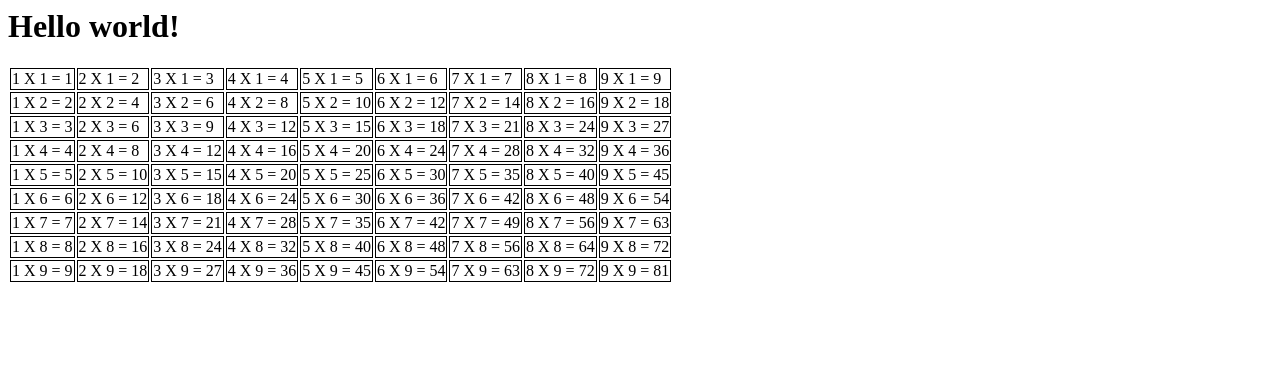
Repository: dhwngjs01/3-1_Spring_Server_Programming
Page: http://localhost/20230314_1to10/gugudan
These files come from the project's save history. The page is drawn as it stood at one moment and after the next save; the edit follows.
The browser window is 1280 px wide. The pictures show the whole page.
The page is served by Tomcat 9. Other server files are loaded and not shown.

Above is the page before, as saved 2023-03-14 05:44:01.

### 20230314_1to10/src/main/webapp/WEB-INF/views/gugudan.jsp
<%@ taglib uri="http://java.sun.com/jsp/jstl/core" prefix="c" %>
<%@ page session="false" contentType="text/html; charset=utf-8" %>
<html>
<head>
	<title>1to10</title>
</head>
<body>
	<h1>Hello world!</h1>
	<h3></h3>
	<table>
		<tbody>
			<% for(int i = 1; i <= 9; i++){ %>
			<tr>
				<% for(int j = 1; j <= 9; j++){ %>
				<td style="border:1px solid black"><%= j %> X <%= i %> = <%= i*j %></td>
				<% } %>
			</tr>
			<% } %>

		</tbody>
	</table>
</body>
</html>

After the next save:
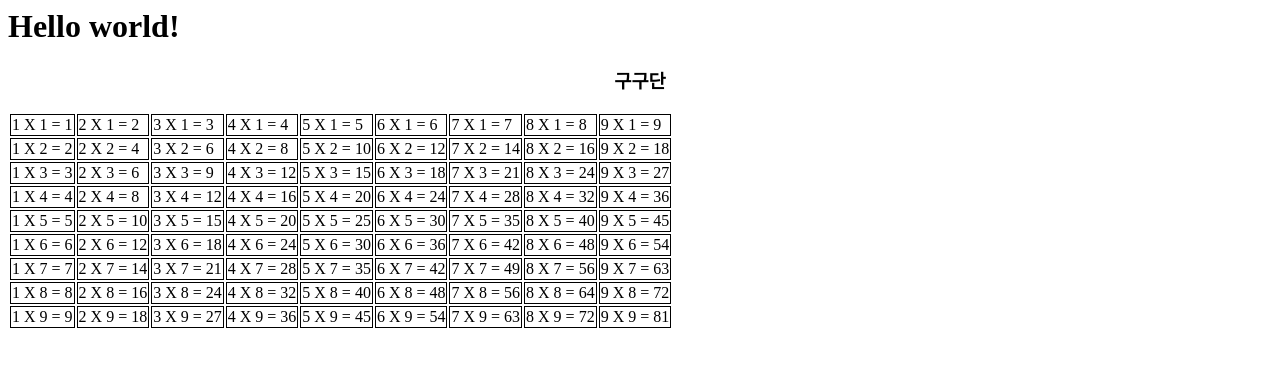
Saved 8 s later.
--- a/20230314_1to10/src/main/webapp/WEB-INF/views/gugudan.jsp
+++ b/20230314_1to10/src/main/webapp/WEB-INF/views/gugudan.jsp
@@ -6,7 +6,7 @@
 </head>
 <body>
 	<h1>Hello world!</h1>
-	<h3></h3>
+	<h3 style="text-align:center;">구구단</h3>
 	<table>
 		<tbody>
 			<% for(int i = 1; i <= 9; i++){ %>
